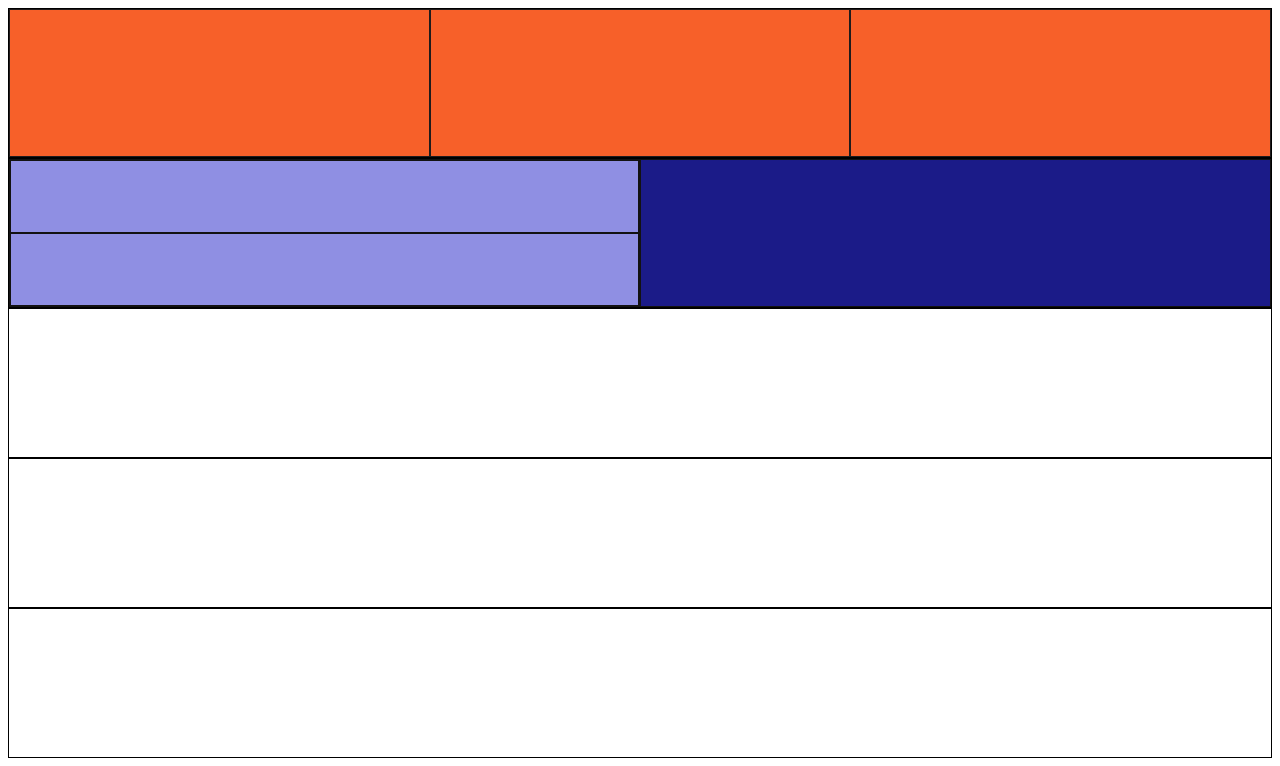
Repository: AishwaryaPandey987/PGLife
Page: home.html
An editor plug-in stored every save of this project. The page is shown before and after the next save, followed by the edit.
The browser window is 1280 px wide. The pictures show the whole page.

Above is the page before, as saved 2022-10-27 20:54:22.

### home.html
<!DOCTYPE html>
  <html>
    <head>
        <title>CSS Page</title>
         <link rel="stylesheet" href="css/style.css" />
    </head>
    <body>

      <div class="row">
        <div class="col"></div>
        <div class="col"></div>
        <div class="col"></div>
      </div>


      <div class="row">
        <div class="col2">
          <div class="row2"></div>
          <div class="row2"></div>
        </div>
        <div class="col2"></div>
      </div>


      <div class=" row">
        <div class="col3"></div>
        <div class="col3"></div>
        <div class="col3"></div>
      </div>


      <div class="row"></div>

      <div class="row"></div>
    </body>
  </html>

### css/style.css
* {
  box-sizing: border-box;
}

.row{

  border:  1px solid black;
 height: 150px;
 font-size: 0px;
}

.col{
  border: 1px solid rgb(31, 27, 28);
  display: inline-block;
  height: 100%;
  width: 33.33%;
background-color: rgb(247, 96, 41);

}
.col2{
  border: 1px solid rgb(19, 18, 18);
  display: inline-block;
  height: 100%;
  width: 50%;
  background-color: rgb(27, 27, 136);
}
.row2{
  border: 1px solid rgb(19, 18, 18);
  display: block;
  height: 50%;
  width: 100%;
  background-color: rgb(143, 143, 227);
}

After the next save:
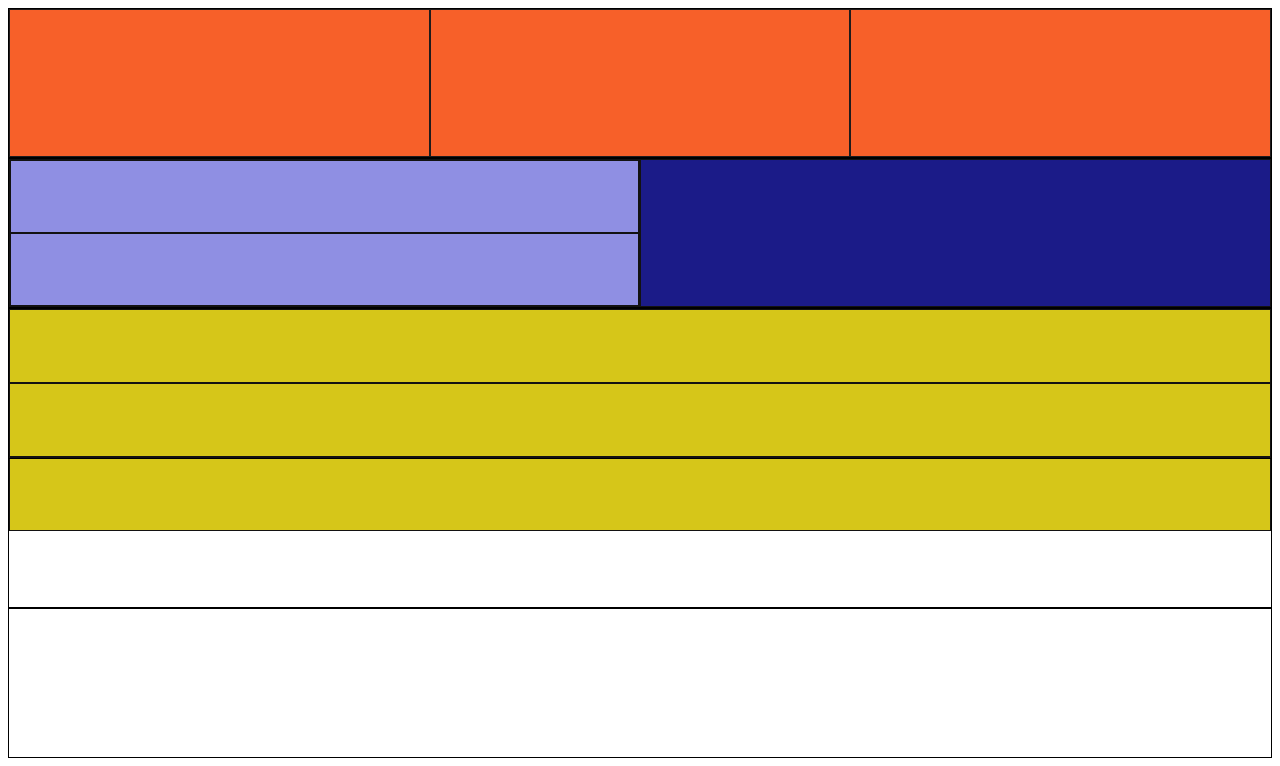
Saved 38 s later.
--- a/css/style.css
+++ b/css/style.css
@@ -31,3 +31,11 @@ background-color: rgb(247, 96, 41);
   width: 100%;
   background-color: rgb(143, 143, 227);
 }
+
+.col3{
+  border: 1px solid rgb(19, 18, 18);
+  display: block;
+  height: 50%;
+  width: 100%;
+  background-color: rgb(214, 198, 25);
+}
